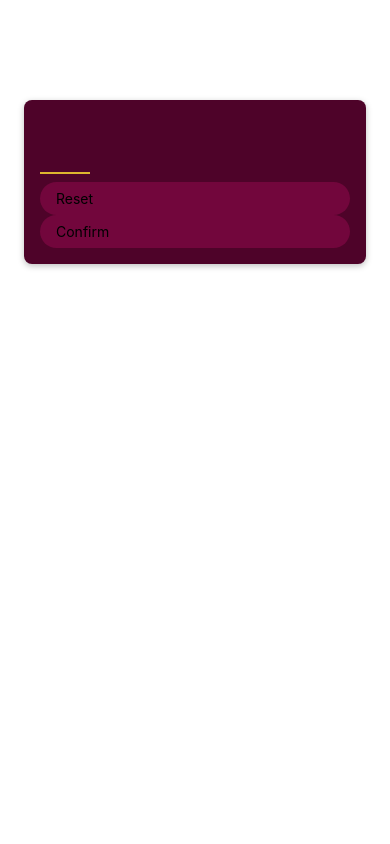
Repository: GarlicButterBoy/Number-Guessing-Game
Screen: /
These files come from the project's save history. The screen is drawn as it stood at one moment and after the next save; the edit follows.
The app was drawn by React Native's web renderer in a window 390 px wide. The project was rebuilt for these pictures with package versions that can differ from the ones it lists, and the page was loaded fresh each time.

Above is the screen before, as saved 2024-05-03 09:00:56.

### App.js
import { StyleSheet, Text, View } from "react-native";
import StartGameScreen from "./screens/StartGameScreen";

export default function App() {
  return <StartGameScreen />;
}

const styles = StyleSheet.create({
  container: {
    flex: 1,
    backgroundColor: "#fff",
    alignItems: "center",
    justifyContent: "center",
  },
});

### screens/StartGameScreen.js
import { View, TextInput, StyleSheet } from "react-native";
import PrimaryButton from "../components/PrimaryButton";

function StartGameScreen() {
  return (
    <View style={styles.inputContainer}>
      <TextInput
        style={styles.numberInput}
        maxLength={2}
        keyboardType="number-pad"
        autoCapitalize="none"
        autoCorrect={false}
      ></TextInput>
      <PrimaryButton>Reset</PrimaryButton>
      <PrimaryButton>Confirm</PrimaryButton>
    </View>
  );
}

export default StartGameScreen;

const styles = StyleSheet.create({
  inputContainer: {
    padding: 16,
    marginTop: 100,
    marginHorizontal: 24,
    borderRadius: 8,
    backgroundColor: "#4e0329",
    elevation: 6,
    shadowColor: "black",
    shadowOffset: { width: 0, height: 2 },
    shadowRadius: 6,
    shadowOpacity: 0.25,
  },
  numberInput: {
    height: 50,
    width: 50,
    fontSize: 32,
    borderBottomColor: "#ddb52f",
    borderBottomWidth: 2,
    color: "#ddb52f",
    marginVertical: 8,
    fontWeight: "bold",
    textAlign: "center",
  },
});

### components/PrimaryButton.js
import { View, Text, Pressable, StyleSheet } from "react-native";

function PrimaryButton({ children }) {
  function pressHandler() {
    console.log("Pressed!");
  }
  return (
    <Pressable onPress={pressHandler}>
      <View style={styles.container}>
        <Text>{children}</Text>
      </View>
    </Pressable>
  );
}

export default PrimaryButton;

const styles = StyleSheet.create({
  container: {
    backgroundColor: "#72063c",
    borderRadius: 28,
    paddingVertical: 8,
    paddingHorizontal: 16,
    elevation: 2,
  },
});

After the next save:
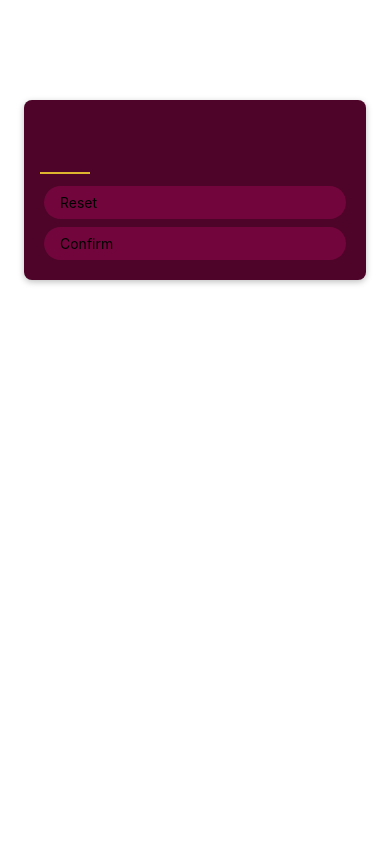
Saved 21 s later.
--- a/components/PrimaryButton.js
+++ b/components/PrimaryButton.js
@@ -21,6 +21,7 @@ const styles = StyleSheet.create({
     borderRadius: 28,
     paddingVertical: 8,
     paddingHorizontal: 16,
+    margin: 4,
     elevation: 2,
   },
 });
